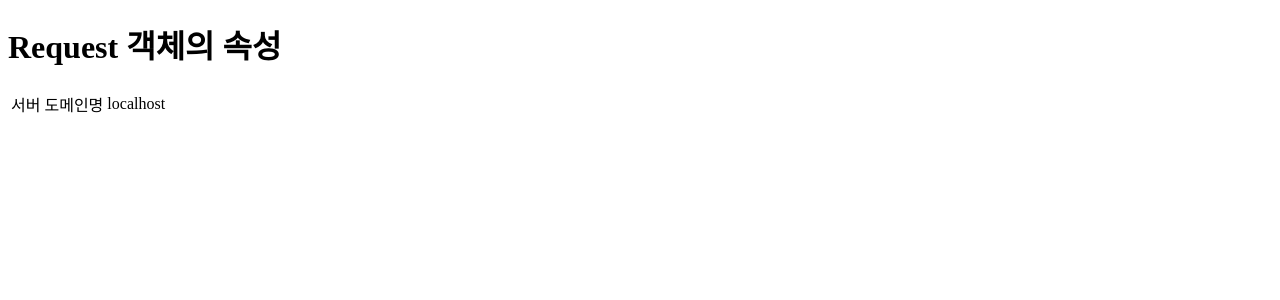
Repository: Kimgigon123123/JspServlet
Page: http://localhost/04.Implicit/Ex01_Request/Ex00_IntoRequest.jsp
An editor plug-in stored every save of this project. The page is shown before and after the next save, followed by the edit.
The browser window is 1280 px wide. The pictures show the whole page.
The page is served by Tomcat 9. Other server files are loaded and not shown.

Above is the page before, as saved 2023-05-22 01:37:41.

### WorkSpace/04.Implicit/src/main/webapp/Ex01_Request/Ex00_IntoRequest.jsp
<%@ page language="java" contentType="text/html; charset=UTF-8"
    pageEncoding="UTF-8"%>
<!DOCTYPE html>
<html>
<head>
<meta charset="UTF-8">
<title>Insert title here</title>
</head>
<body>
	<h1> Request 객체의 속성</h1>
	<table boreder = "1">
	 <tr>
		 <td> 서버 도메인명 </td>
		 <td> <%=request.getServerName() %></td>
	 </tr>
	 </table>
</body>
</html>

After the next save:
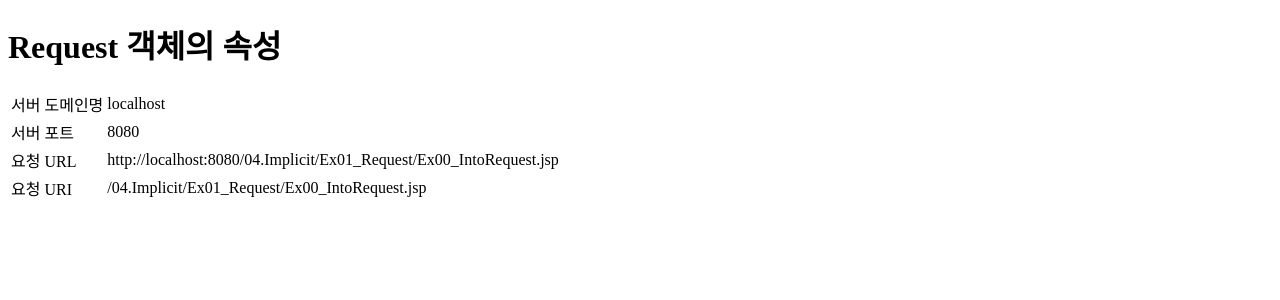
Saved 117 s later.
--- a/WorkSpace/04.Implicit/src/main/webapp/Ex01_Request/Ex00_IntoRequest.jsp
+++ b/WorkSpace/04.Implicit/src/main/webapp/Ex01_Request/Ex00_IntoRequest.jsp
@@ -9,10 +9,28 @@
 <body>
 	<h1> Request 객체의 속성</h1>
 	<table boreder = "1">
+
 	 <tr>
 		 <td> 서버 도메인명 </td>
 		 <td> <%=request.getServerName() %></td>
 	 </tr>
-	 </table>
+
+	  <tr>
+		 <td> 서버 포트 </td>
+		 <td> <%=request.getServerPort() %></td>
+	 </tr>
+
+
+	  <tr>
+		 <td> 요청 URL </td>
+		 <td> <%=request.getRequestURL() %></td>
+	 </tr>
+
+	 <tr>
+	 	<td> 요청 URI </td>
+	 	<td> <%=request.getRequestURI() %></td>
+	 </tr>
+
+	</table>
 </body>
 </html>
